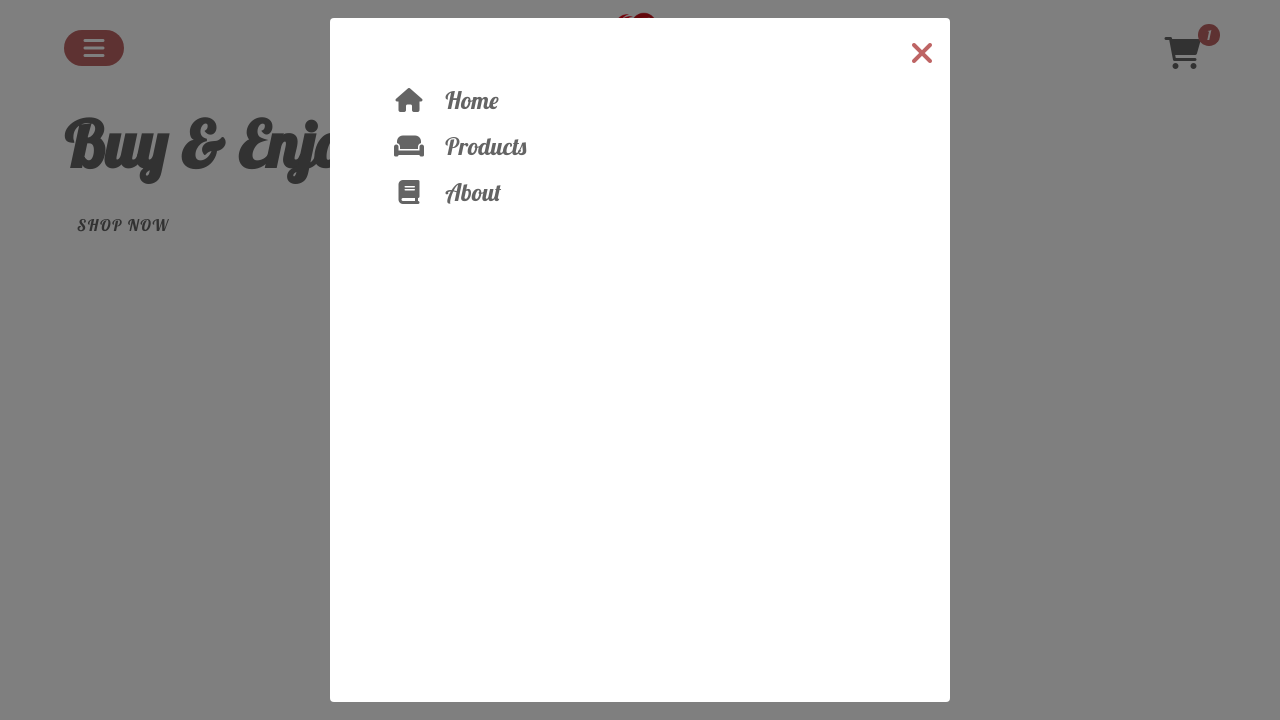
Repository: tetlisna/myprojectJS2
Page: index.html
These files come from the project's save history. The page is drawn as it stood at one moment and after the next save; the edit follows.
The browser window is 1280 px wide. The pictures show the whole page.
Some web fonts or font styles are not loaded; a fallback is used.

Above is the page before, as saved 2022-09-04 21:37:29.

### index.html
<!DOCTYPE html>
<html lang="en">
  <head>
    <meta charset="UTF-8" />
    <meta name="viewport" content="width=device-width, initial-scale=1.0" />
    <link rel="stylesheet" href="/css/style.css" />
    <link
      rel="stylesheet"
      href="https://cdnjs.cloudflare.com/ajax/libs/font-awesome/6.2.0/css/all.min.css"
    />
    <title>E-commers</title>
  </head>
  <body>
    <!-- Nav left -->
    <nav class="navbar">
      <div class="navbar-inside">
        <div class="wrapper">
          <button class="nav-bar">
            <i class="fa-sharp fa-solid fa-bars"></i>
          </button>
          <a href="#" href="index.html" class="nav-link">Home</a>
          <a href="#" href="products.html" class="nav-link">Products</a>
          <a href="#" href="about-us.html" class="nav-link">About us</a>
        </div>
        <!-- Logo -->
        <img src="/img/logo.png" class="logo" alt="logo" width="100px" />
        <!-- Cart-->
        <div class="cart-side-container">
          <button class="cart-side">
            <i class="fa-sharp fa-solid fa-cart-shopping"></i>
          </button>
          <span class="cart-item-count">1</span>
        </div>
      </div>
    </nav>

    <!--Main section-->

    <section class="main">
      <div id="main-container">
        <h1 class="text-main">Buy & Enjoy</h1>
        <a href="products.html" class="main-btn"> Shop now </a>
      </div>
    </section>
    <!--Side section-->

    <div class="sidebar-pop-out">
      <aside class="sidebar">
        <!-- close -->
        <button class="sidebar-close">
          <i class="fas fa-times"></i>
        </button>
        <!-- links -->
        <ul class="sidebar-links">
          <li>
            <a href="index.html" class="sidebar-link">
              <i class="fas fa-home fa-fw"></i>
              home
            </a>
          </li>
          <li>
            <a href="products.html" class="sidebar-link">
              <i class="fas fa-couch fa-fw"></i>
              products
            </a>
          </li>
          <li>
            <a href="about.html" class="sidebar-link">
              <i class="fas fa-book fa-fw"></i>
              about
            </a>
          </li>
        </ul>
      </aside>
    </div>
    <script src="script.js"></script>
  </body>
</html>

### css/style.css
@import url('https://fonts.googleapis.com/css2?family=Lobster&family=Qwitcher+Grypen&family=Roboto:wght@300&display=swap');
:root {
    --transition: all 0.3s linear;
    --spacing: 0.1rem;
    --radius: 0.25rem;
    --max-width: 1170px;
    --fixed-width: 620px;
    --white-bg:rgb(255, 255, 255);
    --dark-grey:rgb(100, 100, 100);
    --grey-red:rgb(190, 100, 100);
    --black-light:rgb(56, 56, 56);
}

* {
    margin: 0;
    padding: 0;
    box-sizing: border-box;
}
.container {
    max-width: 980px;
    margin: auto;
}
a {
    text-decoration: none;
}
body {
    font-family: 'Lobster', cursive,'Qwitcher Grypen', cursive,'Roboto', sans-serif;
    background: var(--white-bg);
    color: var(--dark-grey);
    line-height: 1.5;
    font-size: 0.875rem;
}
ul {
    list-style-type: none;
}
p {
    margin-bottom: 1.25rem;
    color: var(--dark-grey);
}

@media screen and (min-width: 800px) {
    .navbar-inside {
        position: relative;
    }
    /* .logo {
        position: absolute;
        top: 50%;
        left: 65%;
        transform: translate(-50%, -50%);
    } */
    .nav-link:hover {
        color: var(--grey-red);
    }
    .nav-bar {
        display: none;
    }
    h1 {
        font-size: 4rem;
    }
    h2 {
        font-size:2.5rem;
    }
    body {
        font-size: 1rem;
    }
    .sidebar-pop-out {
        display: none;
      }
}
.img {
    width: 100%;
    display: block;
}
.main {
    width: 90vw;
    max-width: var(--max-width);
    margin: 0 auto;
}
.main-btn {
    color: var(--dark-grey);
    background: transparent;
    border: 1px solid var(--white-bg);
    padding: 0.5rem 0.75rem;
    display: inline-block;
    margin-top: 0.75rem;
    text-transform: uppercase;
    letter-spacing: var(--spacing);
    border-radius: var(--radius);
    transition: var(--transition);
}
.main-btn:hover {
    color: var(--grey-red);

}
.cart-side {
    background: var(--white-bg);
    color: var(--dark-grey);
    border-radius: var(--radius);
    padding: 0.375rem 0.75rem;
    letter-spacing: var(--spacing);
    display: inline-block;
    transition: var(--transition);
    border-color: transparent;
    cursor: pointer;
    font-size: 2rem;
}
.cart-side:hover {
    background: var(--white-bg);
    color: var(--grey-red);
}
.nav-bar {
    background: var(--grey-red);
    border-color: transparent;
    color: var(--white-bg);
    width: 3.75rem;
    height: 2.25rem;
    display: flex;
    align-items: center;
    justify-content: center;
    font-size: 1.5rem;
    border-radius: 2rem;
    cursor: pointer;
    transition: var(--transition);
}
.cart-side-container {
    position: relative;
    margin-top: 0.75rem;
}
.cart {
    cursor: pointer;
}
.cart-item-count {
    position: absolute;
    top: -0.2rem;
    right: -0.25rem;
    background: var(--grey-red);
    width: 1.35rem;
    height: 1.35rem;
    display: grid;
    place-items: center;
    border-radius: 50%;
    color: var(--white-bg);
    font-size: 0.85rem;
}
/*
============================================
Nav
============================================
*/
.navbar {
    height: 6rem;
    background: transparent;
    display: flex;
    align-items: center;
    justify-content: center;
}
.navbar-inside {
    width: 90vw;
    max-width: var(--max-width);
    display: flex;
    justify-content: space-between;
    align-items: center;
}
.toggle-nav {
    display: none;
  }
.nav-link {
    display: none;
}
/*
===============
Sidebar
===============
*/
.sidebar-pop-out {
    position: fixed;
    top: 0;
    left: 0;
    width: 100%;
    height: 100%;
    display: grid;
    place-items: center;
    z-index: -1;
    transition: var(--transition);
    opacity: 0;
    background: rgba(0, 0, 0, 0.5);
  }
  .sidebar-pop-out /*show*/ {
    opacity: 1;
    z-index: 100;
  }
  .sidebar {
    width: 90vw;
    height: 95vh;
    max-width: var(--fixed-width);
    background: var(--white-bg);
    border-radius: var(--radius);
    box-shadow: var(--dark-shadow);
    position: relative;
    padding: 4rem;
    /* transform: scale(0); */
}
/* .show .sidebar {
    transform: scale(1);
} */
.sidebar-close {
    font-size: 2rem;
    background: transparent;
    border-color: transparent;
    color: var(--grey-red);
    position: absolute;
    top: 1rem;
    right: 1rem;
    cursor: pointer;
}
.sidebar-link {
    font-size: 1.5rem;
    text-transform: capitalize;
    color: var(--dark-grey);
}
.sidebar-link i {
    color: var(--dark-grey);
    margin-right: 1rem;
    margin-bottom: 1rem;
}
/*
===============
Cart
===============
*/
.cart-overlay {
    position: fixed;
    top: 0;
    left: 0;
    width: 100%;
    height: 100%;
    background: rgba(0, 0, 0, 0.5);
    transition: var(--transition);
    opacity: 0;
    z-index: -1;
  }
  .cart-overlay.show {
    opacity: 1;
    z-index: 100;
  }
  .cart {
    position: fixed;
    top: 0;
    right: 0;
    width: 100%;
    height: 100%;
    max-width: 400px;
    background: var(--clr-grey-10);
    padding: 3rem 1rem 0 1rem;
    display: grid;
    grid-template-rows: auto 1fr auto;
    transition: var(--transition);
    transform: translateX(100%);
    overflow: scroll;
  }
  .show .cart {
    transform: translateX(0);
  }
  .cart-close {
    font-size: 2rem;
    background: transparent;
    border-color: transparent;
    color: var(--clr-grey-5);
    position: absolute;
    top: 0.5rem;
    left: 1rem;
    cursor: pointer;
  }
  .cart header {
    text-align: center;
  }
  .cart header h3 {
    font-weight: 500;
  }
  .cart-total {
    text-align: center;
    margin-bottom: 2rem;
    font-weight: 500;
  }
  .cart-checkout {
    display: block;
    width: 75%;
    margin: 0 auto;
    margin-bottom: 3rem;
  }
  /* cart item */
  .cart-item {
    margin: 1rem 0;
    display: grid;
    grid-template-columns: auto 1fr auto;

    column-gap: 1.5rem;
    align-items: center;
  }
  .cart-item-img {
    width: 75px;
    height: 50px;
    object-fit: cover;
    border-radius: var(--radius);
  }
  .cart-item-name {
    margin-bottom: 0.15rem;
  }
  .cart-item-price {
    margin-bottom: 0;
    font-size: 0.75rem;
    color: var(--clr-grey-3);
  }
  .cart-item-remove-btn {
    background: transparent;
    border-color: transparent;
    color: var(--clr-grey-5);
    letter-spacing: var(--spacing);
    cursor: pointer;
  }
  .cart-item-amount {
    margin-bottom: 0;
    text-align: center;
    color: var(--clr-grey-3);
    line-height: 1;
  }
  .cart-item-increase-btn,
  .cart-item-decrease-btn {
    background: transparent;
    border-color: transparent;
    color: var(--clr-primary-5);
    cursor: pointer;
    font-size: 0.85rem;
    padding: 0.25rem;
  }
  /*
  ===============
  Title
  ===============
  */

  .title h2 {
    display: flex;
    justify-content: center;
    align-items: center;
    font-weight: 500;
  }
  .title span {
    color: var(--clr-primary-5);
    font-size: 0.85em;
    margin-right: 1rem;
  }
  /*
  ===============
  product
  ===============
  */
  .product-img {
    height: 15rem;
    object-fit: cover;
    border-radius: var(--radius);
  }
  .product-container {
    position: relative;
  }
  .product-icons {
    position: absolute;
    top: 50%;
    left: 50%;
    transform: translate(-50%, -50%);
    opacity: 0;
    display: flex;
    transition: var(--transition);
  }
  .product-icon {
    width: 2.25rem;
    height: 2.25rem;
    background: var(--clr-primary-5);
    color: var(--clr-white);
    display: grid;
    place-items: center;
    border-radius: 50%;
    transition: var(--transition);
    cursor: pointer;
    font-size: 1rem;
    border-color: transparent;
    margin: 0 0.5rem;
  }
  .product-icon:hover {
    background: var(--clr-primary-7);
  }
  .product-container:hover .product-icons {
    opacity: 1;
  }
  .product footer {
    padding: 0.75rem 0;
    text-align: center;
  }
  .product-name {
    margin-bottom: 0.25rem;
    text-transform: capitalize;
    letter-spacing: var(--spacing);
  }
  .product-price {
    margin-bottom: 0;
    color: var(--clr-grey-3);
    font-weight: 700;
  }

  .featured-center {
    margin: 3rem auto 2rem auto;
    display: grid;
    gap: 1rem;
    min-height: 6rem;
    position: relative;
  }
  .featured .main-btn {
    display: block;
    width: 11rem;
    margin: 0 auto;
    text-align: center;
  }
  @media screen and (min-width: 992px) {
    .featured-center {
      display: grid;
      grid-template-columns: 1fr 1fr;
    }
  }
  @media screen and (min-width: 1200px) {
    .featured-center {
      display: grid;
      grid-template-columns: 1fr 1fr 1fr;
    }
    .product .img {
      height: 13rem;
    }
  }
  /*
  ===============
  About Page
  ===============
  */
  .about-text {
    line-height: 2;
    max-width: 45em;
    margin: 0 auto;
    margin-top: 2rem;
  }

  /*
  ===============
  Products Page
  ===============
  */
  .products {
    width: 90vw;
    display: grid;
    grid-gap: 1rem;
    margin: 4rem auto;
    max-width: var(--max-width);
    min-height: calc(100vh - 20rem);
    position: relative;
  }
  .filters-container {
    position: sticky;
    top: 1rem;
  }
  .filters h4 {
    font-weight: 500;
    margin: 1.5rem 0 0.5rem;
  }

  .search-input {
    padding: 0.5rem;
    background: var(--clr-grey-10);
    border-radius: var(--radius);
    border-color: transparent;
    letter-spacing: var(--spacing);
  }
  .search-input::placeholder {
    text-transform: capitalize;
  }
  .company-btn {
    display: block;
    margin: 0.25em 0;
    padding: 0.25rem;
    text-transform: capitalize;
    background: transparent;
    border-color: transparent;
    letter-spacing: var(--spacing);
    color: var(--clr-grey-5);
    cursor: pointer;
    transition: var(--transition);
  }
  .company-btn:hover {
    color: var(--clr-grey-3);
  }
  .price-filter {
    background: var(--clr-grey-5) !important;
    color: var(--clr-grey-5);
  }
  @media screen and (min-width: 768px) {
    .products {
      grid-template-columns: 200px 1fr;
    }
    .categories {
      position: sticky;
      top: 1rem;
    }
  }
  @media screen and (min-width: 992px) {
    .products-container {
      display: grid;
      grid-template-columns: repeat(2, 1fr);
      gap: 1rem;
    }
    .products-container .product-img {
      height: 10rem;
    }
    .products-container .product-name {
      font-size: 0.85rem;
    }
    .products-container .product-price {
      font-size: 0.85rem;
    }
  }
  @media screen and (min-width: 1170px) {
    .products-container {
      grid-template-columns: repeat(3, 1fr);
    }
  }
  .filter-error {
    position: absolute;
    top: 5rem;
    left: 0;
    width: 100%;
    text-align: center;
    margin-top: 4rem;
  }

### script.js
class User {
	constructor (name, balance){
		this.name = name,
		this.balance = balance
	}
	showOrderHistory(sortWay, fieldName, totalAmount, orderDate){

	}
	getCart(){
		return this.cart;
	}
	addOrder(){
		return this.order;
	}

}
class Order{
	constructor (order, totalPrice, date){
		this.order = order,
		this.price = totalPrice,
		this.date = date
	}

}

After the next save:
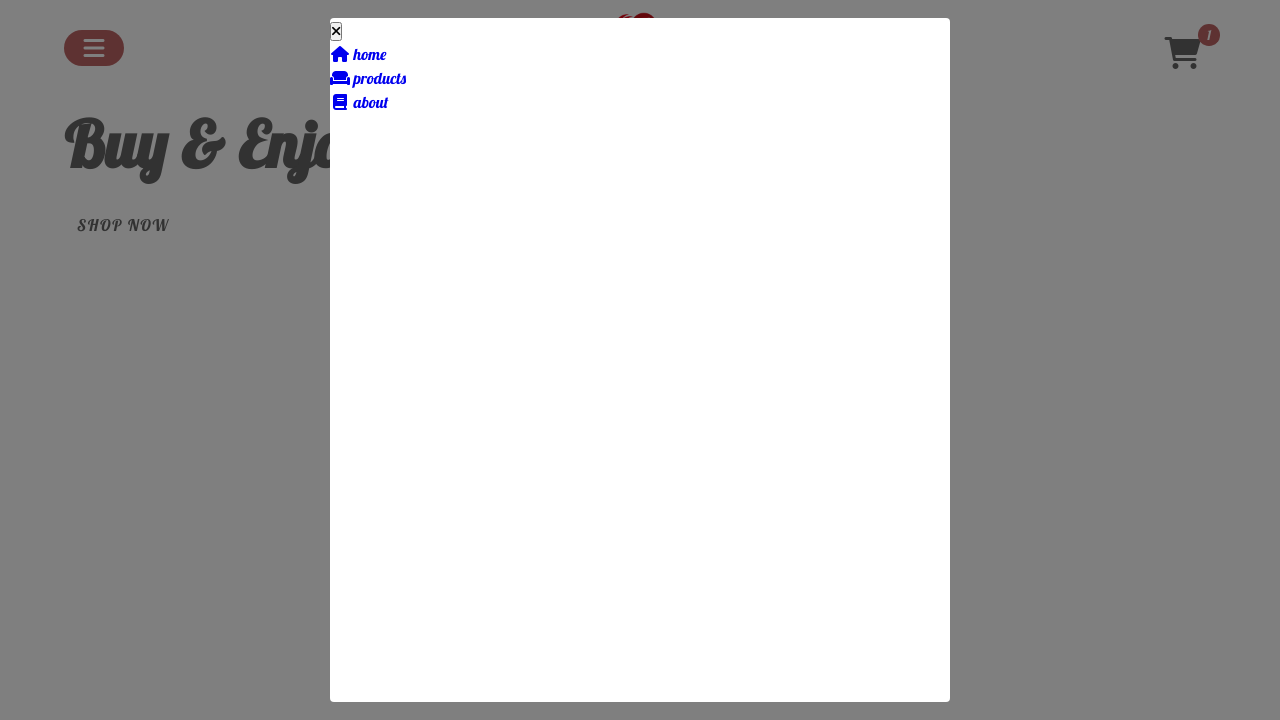
Saved 6 s later.
--- a/css/style.css
+++ b/css/style.css
@@ -195,7 +195,7 @@
     max-width: var(--fixed-width);
     background: var(--white-bg);
     border-radius: var(--radius);
-    box-shadow: var(--dark-shadow);
+    box-shadow: var(--dark-;
     position: relative;
     padding: 4rem;
     /* transform: scale(0); */

After the save that followed:
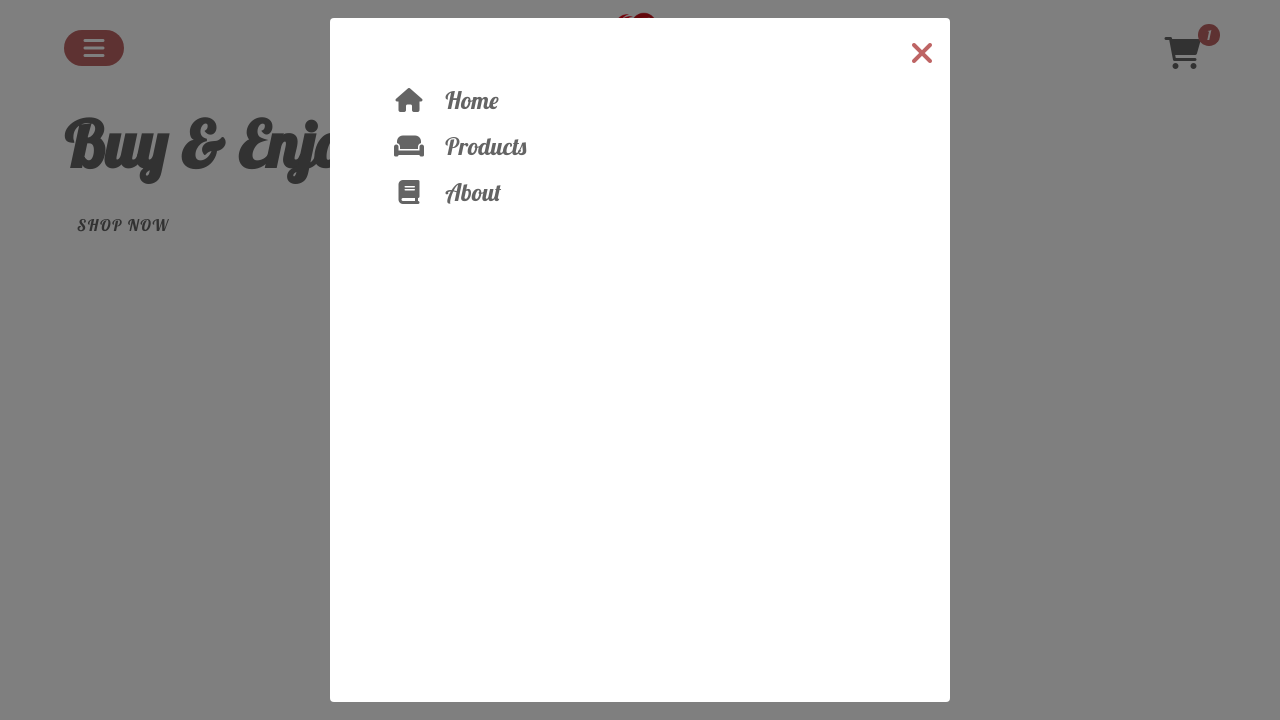
Saved 9 s later.
--- a/css/style.css
+++ b/css/style.css
@@ -195,7 +195,7 @@
     max-width: var(--fixed-width);
     background: var(--white-bg);
     border-radius: var(--radius);
-    box-shadow: var(--dark-;
+    box-shadow: var(--dark-grey);
     position: relative;
     padding: 4rem;
     /* transform: scale(0); */
